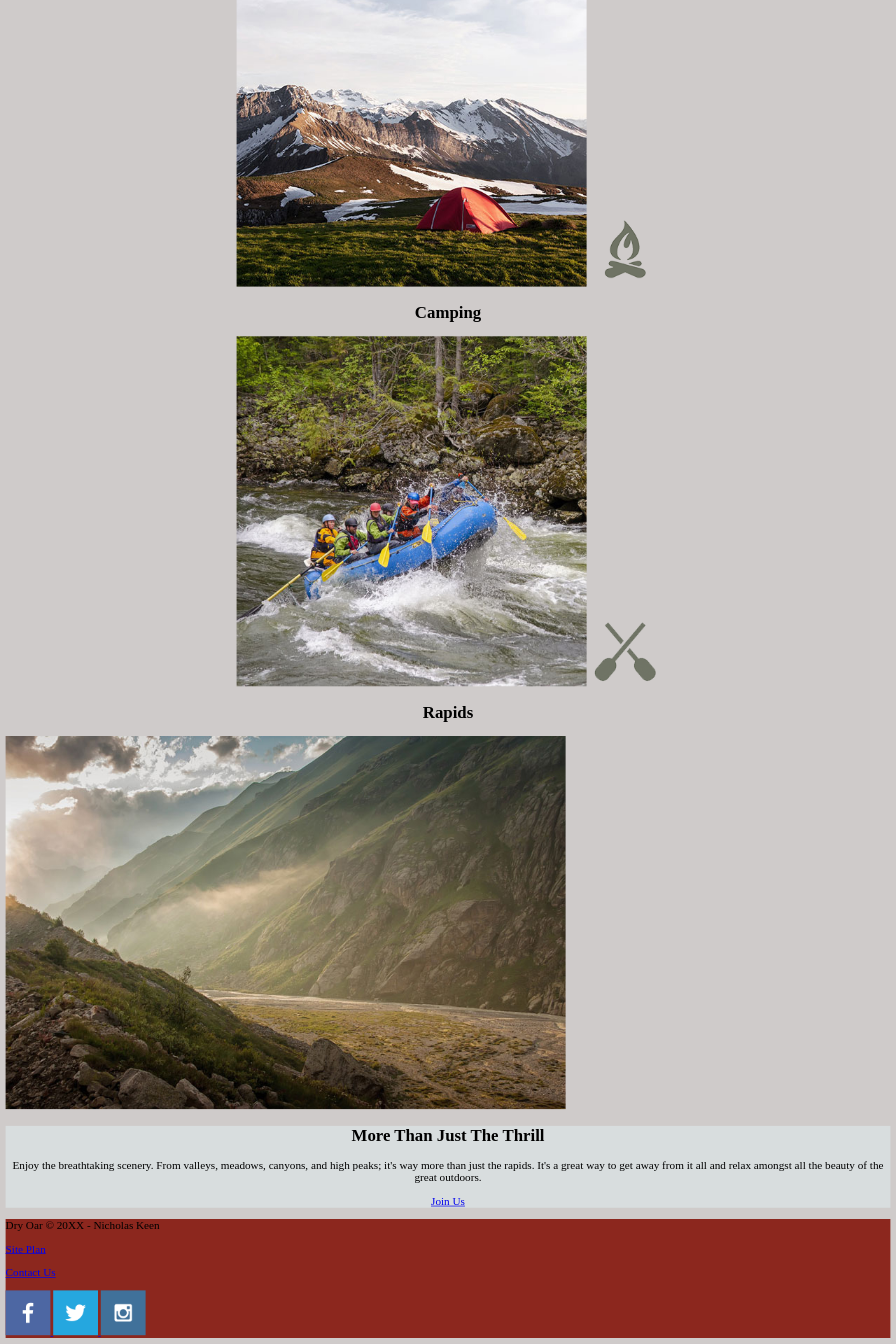
Repository: nak97/WDD-130
Page: wrr/home-page.html
These files come from the project's save history. The page is drawn as it stood at one moment and after the next save; the edit follows.
The browser window is 1280 px wide. The pictures show the part of the page from y = 1788 to 3708 px (the page is 3708 px tall), at 70% of full size.

Above is the page before, as saved 2023-01-28 08:22:04.

### wrr/home-page.html
<!DOCTYPE html>
<html lang="en">
<head>
  <meta charset="UTF-8">
  <meta http-equiv="X-UA-Compatible" content="IE=edge">
  <meta name="viewport" content="width=device-width, initial-scale=1.0">
  <link rel="stylesheet" href="styles/styles.css">

  <title>Dry Oar Boating</title>
</head>
<body>
  <div id="content">
    <header>
      <a id="logo_link" href="index.html">
        <img class="logo" src="styles/images/logo.png" alt="Dry Oar Logo">
      </a>
      <nav>
        <a href ="index.html" target="_blank">Home</a>
        <a href="#" target="_blank">Page 2</a>
        <a href="site-plan-rafting.html" target="_blank">Site Plan</a>
        <a href="contactus.html" target="_blank">Contact Us</a>
      </nav>
    </header>
    <div id="hero">
      <div id="hero-box">
        <img id="hero-img" src="styles/images/hero.png" alt="People enjoying white water rafting">
      </div>
      <section id="hero-msg">
        <h1 class="home-title">Have An Adventure</h1>
        <h4>Make Memories with Dry Oar </h4>
        <div class='button-box'>
            <a class='book' href="contactus.html">Book Now</a>
        </div>
      </section>
    </div>

      <main class="home-grid">
        <section class="rivers-card">
            <img class="card-img" src="styles/images/rivers.jpg" alt="river in forest">
            <img class="icon" src="styles/images/river_icon.png" alt="river icon">
            <h2>Rivers</h2>
        </section>
        <section class="camping-card">
            <img class="card-img" src="styles/images/camping.jpg" alt="tent in mountains">
            <img class="icon" src="styles/images/fire_icon.png" alt="fire icon">
            <h2>Camping</h2>
        </section>
        <section class="rapids-card">
            <img class="card-img" src="styles/images/rapids.jpg" alt="rafting boat">
            <img class="icon" src="styles/images/oars.png" alt="oars icon">
            <h2>Rapids</h2>
        </section>
        <div id="backgrounds">

        </div>
        <img class="mountains" src="styles/images/mountains.jpg" alt="Misty mountains">
        <section class="msg">
            <h2>More Than Just The Thrill</h2>
            <p>Enjoy the breathtaking scenery. From valleys, meadows, canyons, and high peaks; it's way more than just the rapids. It's a great way to get away from it all and relax amongst all the beauty of the great outdoors. </p>
            <a class='join' href="rivers.html">Join Us</a>
            </section>
    </main>
    <footer>
      <p>Dry Oar &copy; 20XX - Nicholas Keen</p>
      <p><a href="site-plan-rafting.html" target="_blank">Site Plan</a></p>
      <p><a href="contactus.html" target="_blank">Contact Us</a></p>
      <div class="social">
          <a href="https://facebook.com" target="_blank">
              <img src="styles/images/facebook.png" alt="fb icon">
          </a>
          <a href="https://twitter.com" target="_blank">
              <img src="styles/images/twitter.png" alt="twitter icon">
          </a>
          <a href="https://instagram.com" target="_blank">
              <img src="styles/images/instagram.png" alt="instagram icon">
          </a>
      </div>
  </footer>
  </div>
</body>
</html>

### wrr/styles/styles.css
#content {
  max-width: 1600px ;
  margin:0 auto;
}
nav a{
  text-align: center;
  text-decoration: none;
  color: white;
}
#hero-msg h1, h4 {
  text-align: center;
}
.button-box {
  text-align: center;
}
main section {
  text-align: center;
}
#background {
  height: 725px;

}

body {
  background-color:  #CFCBCA;
}
header {
  background-color:#8C271E;
}
nav a:hover {
  background-color:#396E94;
  color: black;
}

.book, .join:hover{
  background-color:#D9F7FA;
  color: black;
}

#background {
  background-color:#D8DDDE;
}
.msg {
  background-color:#D8DDDE;
}

footer {
  background-color:#8C271E;
}
.home-title {
  color: #396E94;
}
h4 {
  color: #8C271E;
}

After the next save:
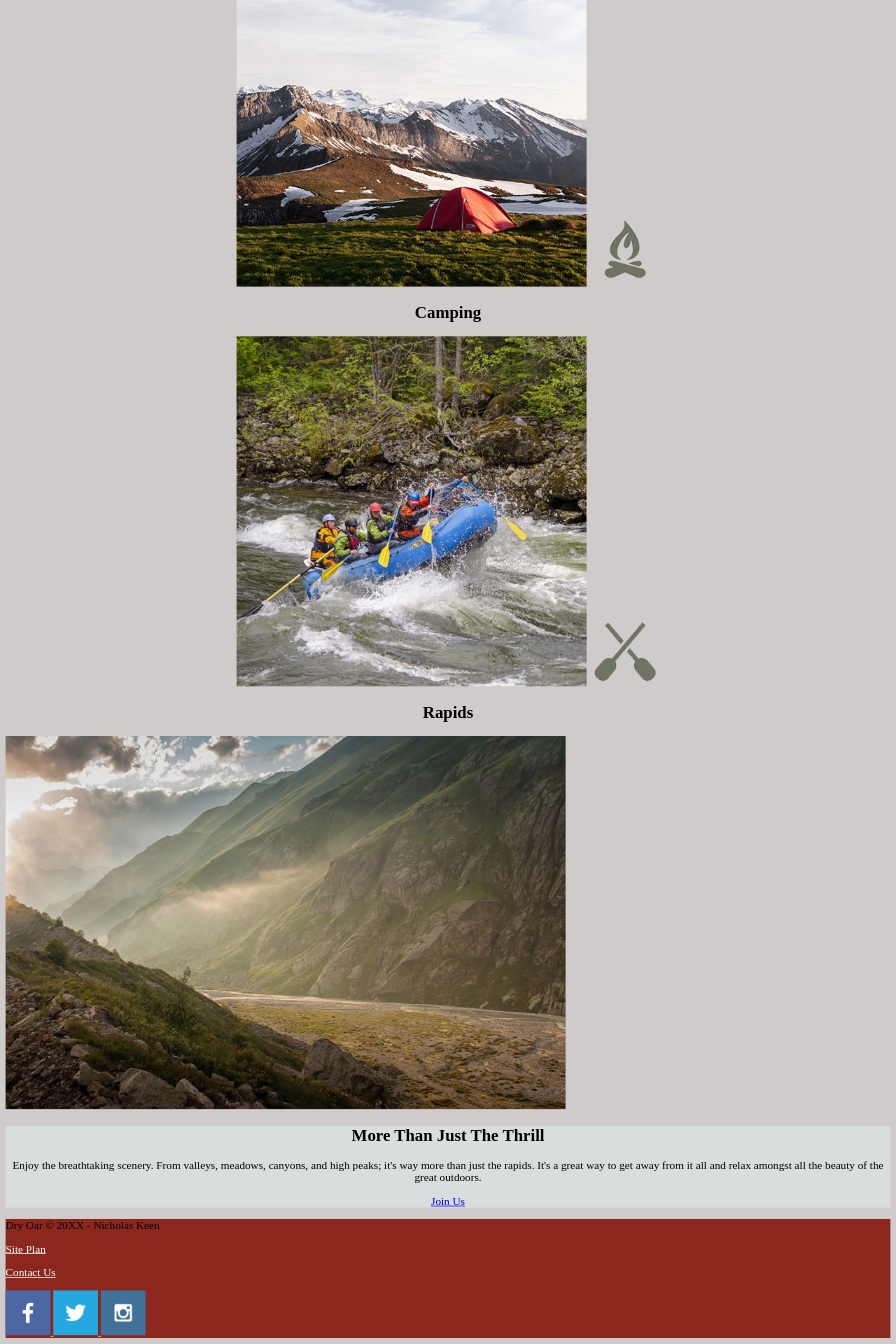
Saved 111 s later.
--- a/wrr/styles/styles.css
+++ b/wrr/styles/styles.css
@@ -44,8 +44,20 @@
   background-color:#D8DDDE;
 }
 
+.msg h2 {
+
+}
+
+.msg p {
+
+}
+
 footer {
   background-color:#8C271E;
+}
+
+footer a {
+  color: white;
 }
 .home-title {
   color: #396E94;
